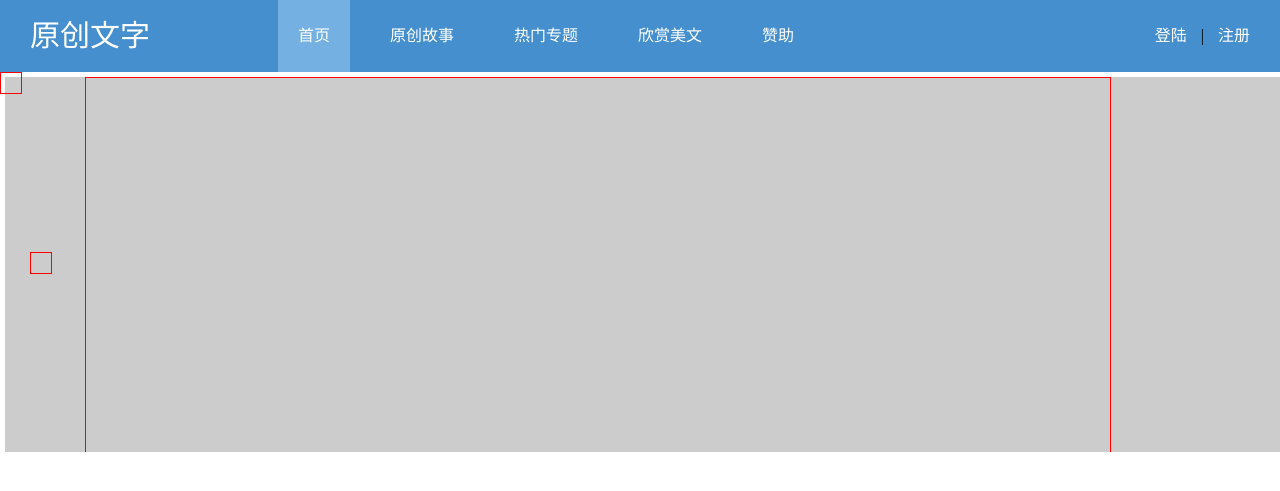
Repository: equation-zheng/Article
Page: http://localhost/Idles/index.jsp
An editor plug-in stored every save of this project. The page is shown before and after the next save, followed by the edit.
The browser window is 1280 px wide. The pictures show the whole page.
The page is served by Tomcat 9. Other server files are loaded and not shown.

Above is the page before, as saved 2017-12-06 02:19:27.

### Service/apache-tomcat-7.0.82/Idles/WebContent/index.jsp
<?xml version="1.0" encoding="UTF-8" ?>
<%@ page language="java" contentType="text/html; charset=UTF-8"
    pageEncoding="UTF-8"%>
<!DOCTYPE html PUBLIC "-//W3C//DTD XHTML 1.0 Transitional//EN" "http://www.w3.org/TR/xhtml1/DTD/xhtml1-transitional.dtd">
<html xmlns="http://www.w3.org/1999/xhtml">
<head>
<meta http-equiv="Content-Type" content="text/html; charset=UTF-8" />
<title>首页</title>
</head>
<style>
	* {
		margin: 0;
		padding: 0;
		font-family: "微软雅黑";
	}
	ul li {
		list-style: none;
	}
	.header {
		height: 72px;
		background: #458fce;
	}
	.header .logo {
		color: #fff;
		line-height: 72px;
		font-size: 30px;
		margin-left: 30px;
		display: inline-block;
		font-weight: 500;
		float: left;
	}
	.header ul .first {
		margin-left: 10%;
		background: #74b0e2;
	}
	.header ul li {
		float: left;
		line-height: 72px;
		margin-left: 20px;
		padding: 0 20px 0 20px;
		color: #fff;

	}
	.header ul li:hover{
		background: #74b0e2;
		color: #D6E1CC;
	}
	.header .login {
		margin-right: 20px;
		float: right;
	}
	.header .login a {
		line-height: 72px;
		color: #fff;
		padding: 0 10px 0 10px;
		display: inline-block;
		text-decoration: none;
	}
	.header .login span a:hover {
		background: #74b0e2;
		color: #D6E1CC;
	}
	.banner {
		height: 380px;
		overflow: hidden;
		background: #ccc;
		position: relative;
	}
	.banner ul {
		height: 380px;
		width: 5120px;
		border: solid 5px #fff;
	}
	.banner ul li {
		height: 380px;
		width: 1024px;
		border: solid 1px red;
		margin-left: 80px;
	}
	.banner s {
		width: 20px;
		height: 20px;
		border: solid 1px red;
		position: absolute;
	}
	.banner s:first-child {
		top: 180px;
		left: 30px;
	}
	.banner s:last-child {
		top: 180px;
		right: 30px;
	}
</style>
<body>
	<div class="header">
	<div class='logo'>原创文字</div>
		<ul>
			<li class='first'>首页</li>
			<li>原创故事</li>
			<li>热门专题</li>
			<li>欣赏美文</li>
			<li>赞助</li>
		</ul>
		<div class='login'>
			<span><a href="javascript:void(0)">登陆</a></span>
			<span>|</span>
			<span><a href="javascript:void(0)">注册</a></span>
		</div>
	</div>
	<div class="banner">
		<s></s>
		<s></s>
		<ul>
			<li></li>
		</ul>
	</div>
</body>
</html>

After the next save:
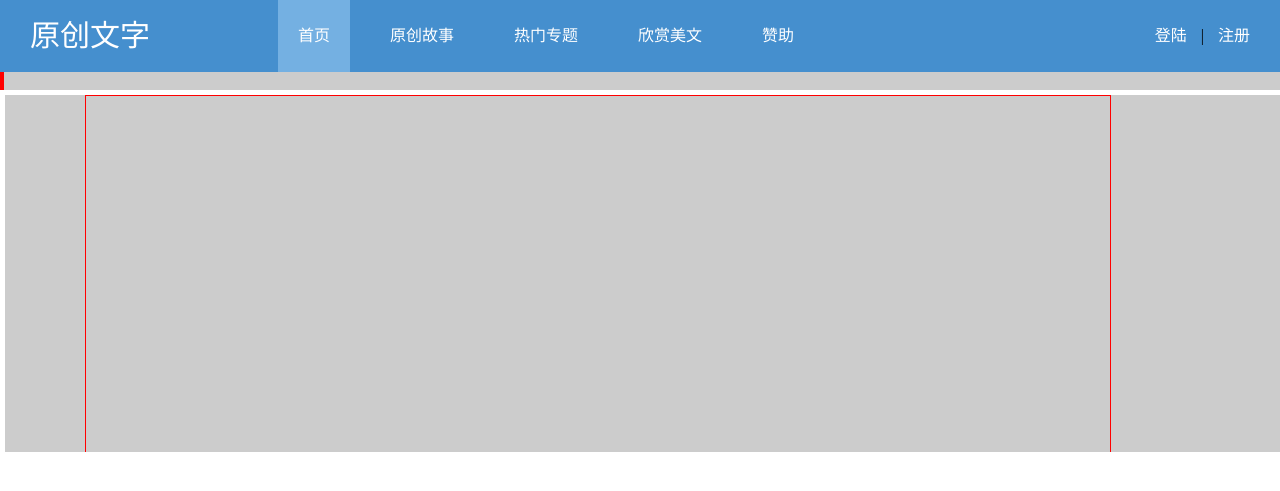
Saved 89 s later.
--- a/Service/apache-tomcat-7.0.82/Idles/WebContent/index.jsp
+++ b/Service/apache-tomcat-7.0.82/Idles/WebContent/index.jsp
@@ -81,13 +81,13 @@
 		width: 20px;
 		height: 20px;
 		border: solid 1px red;
-		position: absolute;
 	}
 	.banner s:first-child {
 		top: 180px;
 		left: 30px;
 	}
 	.banner s:last-child {
+
 		top: 180px;
 		right: 30px;
 	}

After the 2 saves that followed:
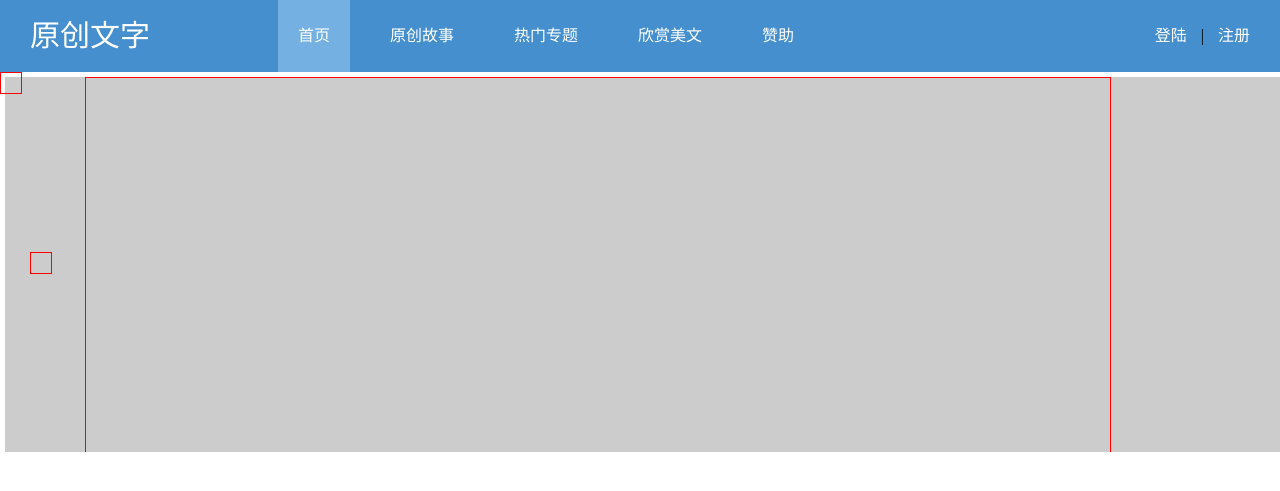
The 2 saves are shown as one change because 1 left the picture as it was.
The last was saved 32 s later.
--- a/Service/apache-tomcat-7.0.82/Idles/WebContent/index.jsp
+++ b/Service/apache-tomcat-7.0.82/Idles/WebContent/index.jsp
@@ -81,16 +81,17 @@
 		width: 20px;
 		height: 20px;
 		border: solid 1px red;
+		position: absolute;
 	}
 	.banner s:first-child {
 		top: 180px;
 		left: 30px;
 	}
 	.banner s:last-child {
-
 		top: 180px;
 		right: 30px;
 	}
+
 </style>
 <body>
 	<div class="header">
